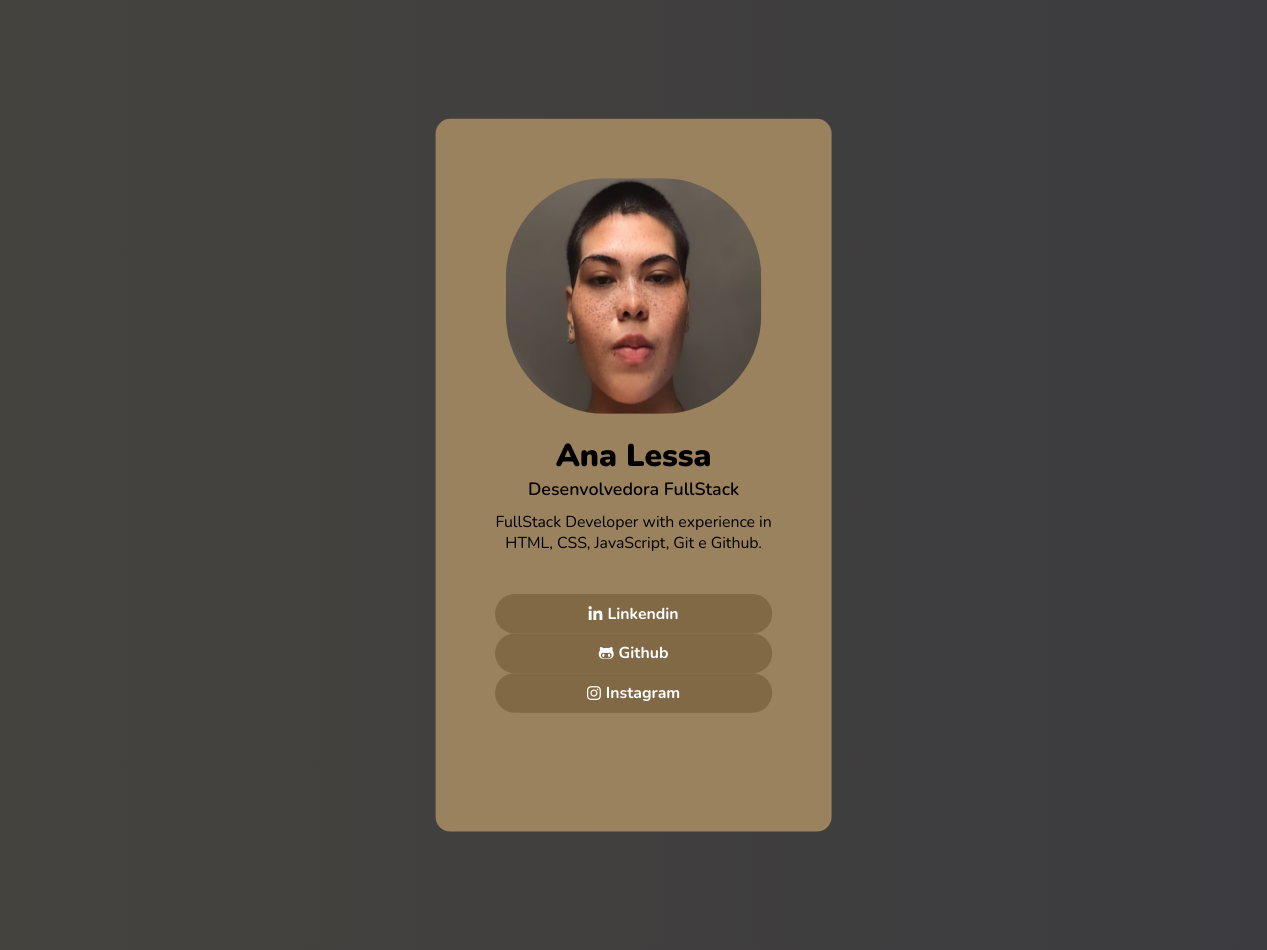
Repository: analessp/linktree
Page: index.html
The author's editor kept a copy of each file at every save. The page is drawn from the files as they stood at one save, then again after a run of saves.
The browser window is 1280 px wide. The pictures show the whole page, at 99% of full size.

Above is the page before, as saved 2025-04-11 11:42:02.

After the next 3 saves:
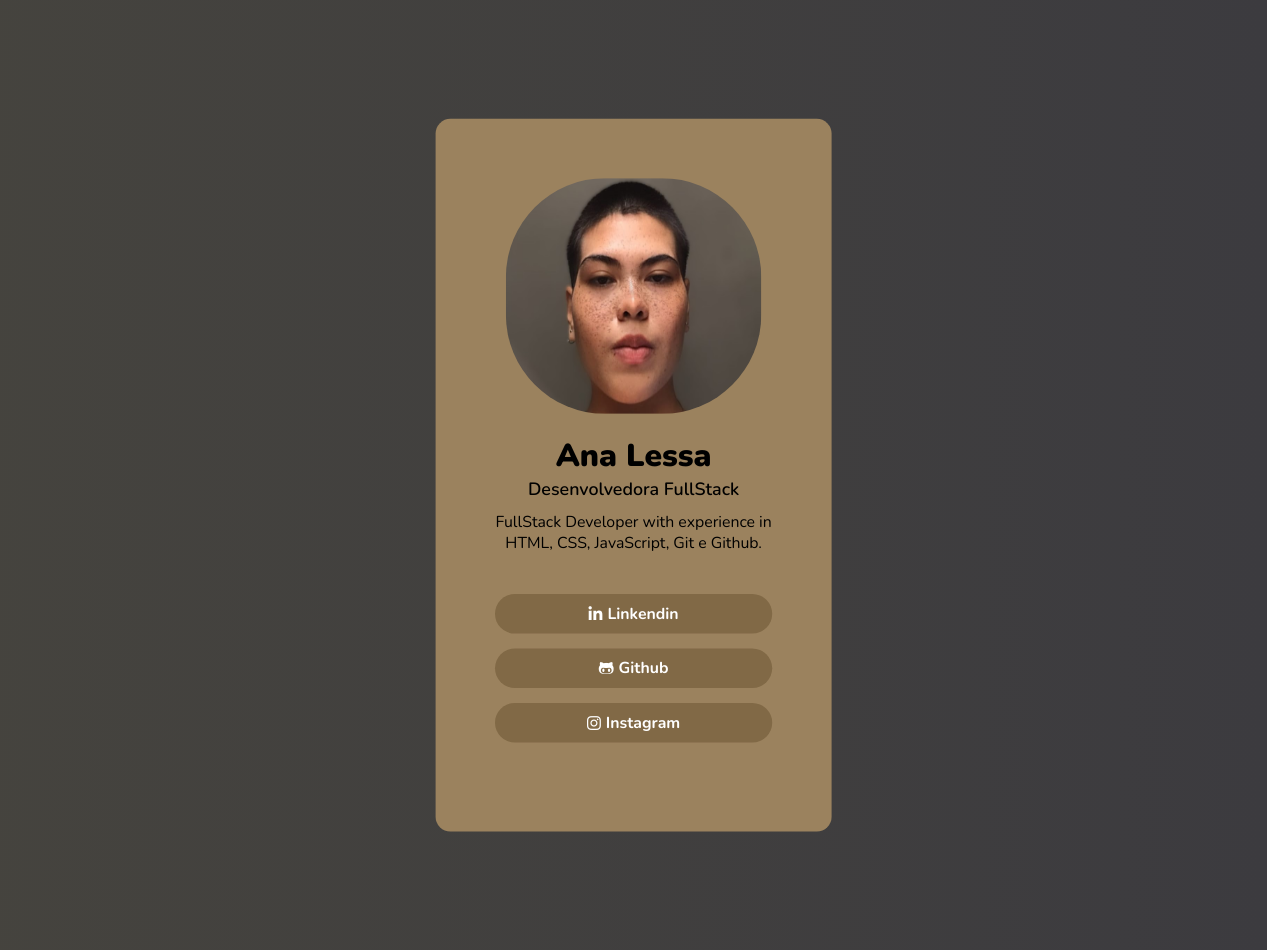
The 3 saves are shown as one change because they came seconds apart.
The last was saved 10 s later.
--- a/css/style.css
+++ b/css/style.css
@@ -68,7 +68,7 @@ margin-bottom: 10px;
 .container-social-links ul {
     display: flex;
     flex-direction: column;
-
+    gap: 15px;
 }
 
 .container-social-links li {
